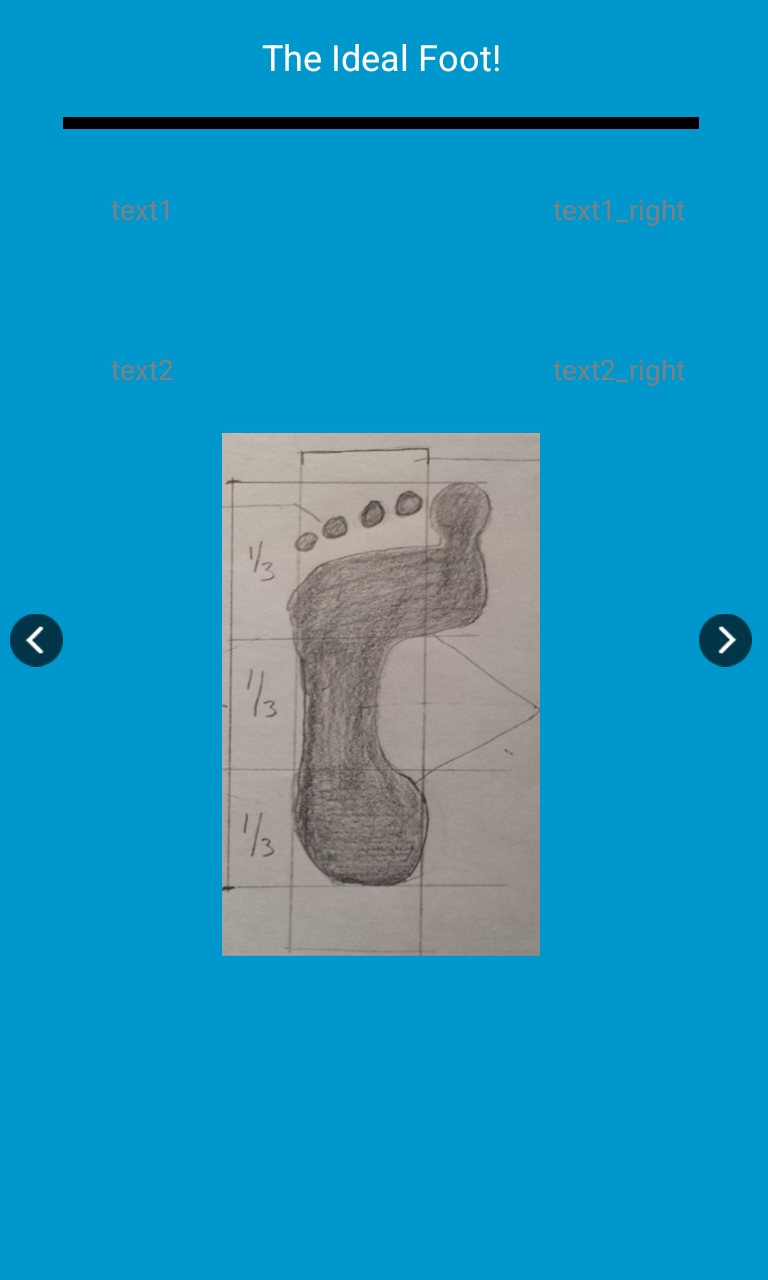
Repository: nanoweb12/GoodFeetAppNew
Layout: GoodFeetapp/res/layout/ideal_foot.xml
An editor plug-in stored every save of this project. The layout is shown before and after the next save, followed by the edit.
It is drawn on a 768 x 1280 px phone screen (xhdpi) without system bars, with theme MyTheme; the app's code is not run.

Above is the layout before, as saved 2015-02-19 11:25:46.

After the next save:
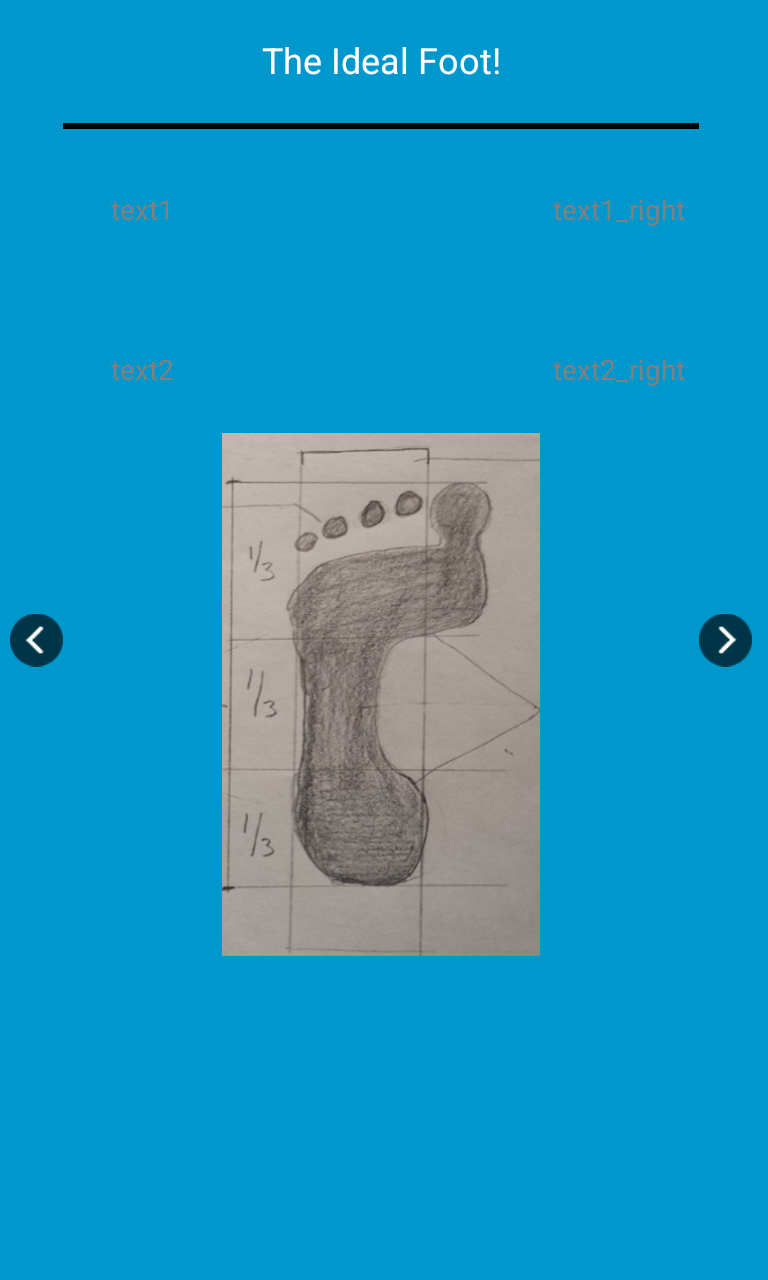
Saved 25 s later.
--- a/GoodFeetapp/res/layout/ideal_foot.xml
+++ b/GoodFeetapp/res/layout/ideal_foot.xml
@@ -24,7 +24,7 @@
         <TextView
             android:layout_width="match_parent"
             android:layout_height="0dp"
-            android:layout_weight="9"
+            android:layout_weight="9.5"
             android:gravity="center"
             android:textSize="18sp"
             android:textColor="#ffffff"
@@ -33,7 +33,7 @@
             android:layout_width="match_parent"
             android:layout_height="0dp"
             android:layout_marginTop="2dp"
-            android:layout_weight="1"
+            android:layout_weight="0.5"
             android:gravity="center"
            android:background="#000000"
             />
